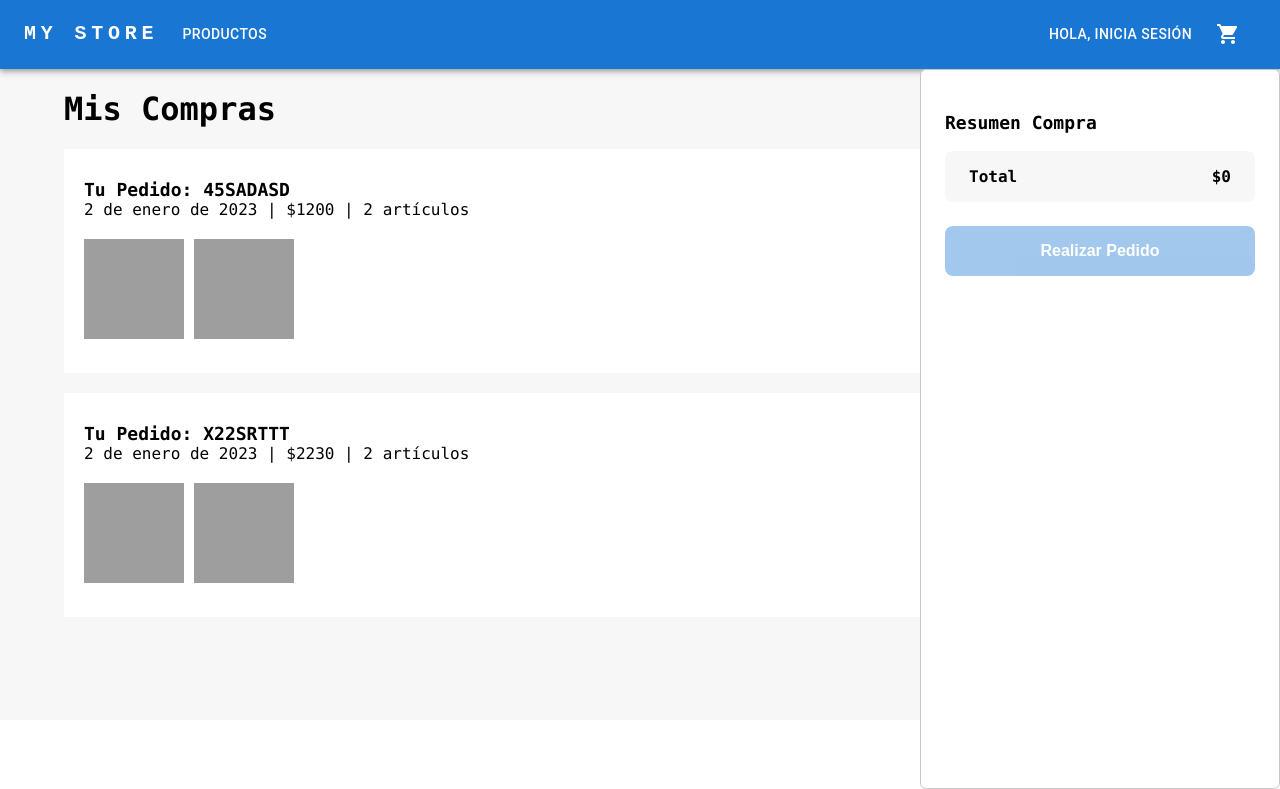
Repository: DanielBorussia/front-my-store
Page: /orderList, after clicking the first element matching `button.MuiIconButton-root`
The author's editor kept a copy of each file at every save. The page is drawn from the files as they stood at one save, then again after the next save.
The browser window is 1280 px wide. The pictures show the whole page.
Pictures or frames that could not be fetched are drawn as grey boxes. The project was rebuilt for these pictures with package versions that can differ from the ones it lists, and the page was loaded fresh each time. Also part of the build but not shown: src/components/OrderItem.js, src/components/ProductItem.js, src/shared/Services/Products.js, src/hooks/useGetProducts.js, src/shared/Components/Loading.js, src/containers/ProductList.js, src/pages/Home.js, src/shared/Services/User.js and 2 more.

Above is the page before, as saved 2023-07-03 03:20:11.

### src/index.js
import React from 'react';
import ReactDOM from 'react-dom/client';
import './index.css';
import App from './routes/App';
import reportWebVitals from './reportWebVitals';

const root = ReactDOM.createRoot(document.getElementById('root'));
root.render(
  <React.StrictMode>
    <App />
  </React.StrictMode>
);

// If you want to start measuring performance in your app, pass a function
// to log results (for example: reportWebVitals(console.log))
// or send to an analytics endpoint. Learn more: https://bit.ly/CRA-vitals
reportWebVitals();

### src/index.css
body {
  margin: 0;
  -webkit-font-smoothing: antialiased;
  -moz-osx-font-smoothing: grayscale;
  font-family: source-code-pro, Menlo, Monaco, Consolas, "Courier New",
  monospace;
}

### src/routes/App.js
import React from 'react';
import { BrowserRouter, Routes, Route } from 'react-router-dom';
import useInitialState from '../hooks/useInitialState';
import AppContext from '../context/AppContext';
import Layout from '../containers/Layout';
import Home from '../pages/Home';
import ShoppingList from '../containers/ShoppingList';
import LoginPage from '../pages/LoginPage';
import '../styles/Global.scss';
import { Provider } from 'react-redux';
import store from '../redux/store';


const App = () => {
    const initialState = useInitialState();
    return (
        //encapsular la aplicacion para compartir la informacion
        <Provider store={store}>
        <AppContext.Provider value={initialState}>
        <BrowserRouter>
            <Layout>
            <Routes>
                <Route exact path="/" element={<Home/>} />
                <Route exact path="/products" element={<Home/>} />
                <Route exact path="/orderList" element={<ShoppingList/>} />
                <Route exact path="/login" element={<LoginPage/>} />
            </Routes>
            </Layout>
        </BrowserRouter>
        </AppContext.Provider>
        </Provider>
    );
}

export default App;

### src/hooks/useInitialState.js
import { useState } from 'react';

const initialState = {
    cart: [],
}

const useInitialState = () => {
    const [state, setState] = useState(initialState);

    const addToCart = (payload) => {
        setState({
            ...state,
            cart: [...state.cart, payload]
        });
    };

    const removeFromCart = (payload) => {
        setState({
            ...state,
            cart: state.cart.filter(item => item.id != payload.id),
        })
    }

    return {
        state,
        addToCart,
        removeFromCart
    }
}

export default useInitialState;

### src/containers/Layout.js
import React from 'react';
import Header from '../components/Header';
import './../styles/Layout.scss';

const Layout = ({ children }) => {
	return (
		<div className="Layout">
			<Header />
			<div className='Content'>
				{children}
			</div>
		</div>
	);
}

export default Layout;

### src/containers/ShoppingList.js
import { useState } from "react";
// UI
import ShoppingItem from "../components/ShoppingItem";
import { Box, Container } from "@mui/material";

const ShoppingList = () => {
    const [orders, setOrders] = useState([
        {
            id: 1,
            total: 1200,
            code: '45SADASD',
            products:[
                {
                    id: 1,
                    title: 'product 1',
                    image: 'https://assets.adidas.com/images/w_280,h_280,f_auto,q_auto:sensitive/d1d0a4a589d44010bb8daacd00a85d46_9366/FM3897_250_FM3897_01_laydown.jpg.jpg'
                },
                {
                    id: 2,
                    title: 'product 2',
                    image: 'https://assets.adidas.com/images/w_280,h_280,f_auto,q_auto:sensitive/42c462d2f5d94d80930bae6701225f46_9366/HG7757_120_HG7757_03_standard.jpg.jpg'
                }
            ]
        },
        {
            id: 2,
            total: 2230,
            code: 'X22SRTTT',
            products:[
                {
                    id: 1,
                    title: 'product 1',
                    image: 'https://assets.adidas.com/images/w_280,h_280,f_auto,q_auto:sensitive/edfc06406f30408e842cae1c00a35c9c_9366/H57793_640_H57793_01_standard.jpg.jpg'
                },
                {
                    id: 2,
                    title: 'product 2',
                    image: 'https://assets.adidas.com/images/w_280,h_280,f_auto,q_auto:sensitive/42c462d2f5d94d80930bae6701225f46_9366/HG7757_120_HG7757_03_standard.jpg.jpg'
                }
            ]
        }
    ]);

    return (
        <Container>
            <h1>Mis Compras</h1>
            <Box className="soppingList">
                {orders.map(order => (
                    <ShoppingItem order={order} key={order.id} />
                ))}
            </Box>

        </Container>
    );
}

export default ShoppingList;

### src/styles/Global.scss
.button__primary {
	background-color: var(--primary);
	border-radius: 8px;
	border: none;
	color: var(--white);
	width: 100%;
	cursor: pointer;
	font-size: var(--md);
	font-weight: bold;
	height: 50px;
}
.button__secondary {
	background-color: var(--white);
	border-radius: 8px;
	border: 1px solid var(--primary);
	color: var(--primary);
	width: 100%;
	cursor: pointer;
	font-size: var(--md);
	font-weight: bold;
	height: 50px;
}

.button__disabled{
	cursor: not-allowed;
    opacity: 0.4;
}

### src/redux/store/index.js
import { configureStore } from '@reduxjs/toolkit'
import userReducer from "../modules/auth";

const store = configureStore({
  reducer :{
    user: userReducer
  },
});


export default store;

### src/components/Header.js
import React, { useContext, useState } from 'react';
// UI
import AppBar from '@mui/material/AppBar';
import Box from '@mui/material/Box';
import Toolbar from '@mui/material/Toolbar';
import IconButton from '@mui/material/IconButton';
import Typography from '@mui/material/Typography';
import Menu from '@mui/material/Menu';
import MenuIcon from '@mui/icons-material/Menu';
import Container from '@mui/material/Container';
import Avatar from '@mui/material/Avatar';
import Button from '@mui/material/Button';
import Tooltip from '@mui/material/Tooltip';
import MenuItem from '@mui/material/MenuItem';
import AdbIcon from '@mui/icons-material/Adb';
import ShoppingCartIcon from '@mui/icons-material/ShoppingCart';
import AppContext from '../context/AppContext';
import MyOrderPreview from '../containers/MyOrderPreview';
import { Link } from '@mui/material';

// Redux

import { removeUser } from '../redux/modules/auth';
import { useSelector } from 'react-redux';
import { logout } from '../shared/Services/Auth';
import { useDispatch } from 'react-redux';
import { useNavigate } from 'react-router-dom';

const Header = () => {
    const user = useSelector((state) => state.user);
    const { state } = useContext(AppContext);
    const dispatch = useDispatch();
    const history = useNavigate();
    const [anchorElNav, setAnchorElNav] = useState(null);
    const [anchorElUser, setAnchorElUser] = useState(null);
    const [toggleOrderPreview, setToggleOrderPreview] = useState(false);

    const handleOpenNavMenu = (event) => {
        setAnchorElNav(event.currentTarget);
    };

    const handleOpenUserMenu = (event) => {
        setAnchorElUser(event.currentTarget);
    };

    const handleCloseNavMenu = () => {
        setAnchorElNav(null);
    };

    const handleCloseUserMenu = () => {
        setAnchorElUser(null);
    };

    const handleCloseSession = () => {
      logout()
      .then((res) => {
        if(res && res.status === 200){
          dispatch(removeUser());
          history('/products');
        }
      })
    }


    return (
    <AppBar position="static">
      <Container maxWidth="xl">
        <Toolbar disableGutters>
            {/* Logo */}
            <Typography
              variant="h6"
              noWrap
              component="a"
              href="/"
              sx={{
                mr: 2,
                display: { xs: 'none', md: 'flex' },
                fontFamily: 'monospace',
                fontWeight: 700,
                letterSpacing: '.3rem',
                color: 'inherit',
                textDecoration: 'none',
              }}
            >
              MY STORE
            </Typography>


          <Box sx={{ flexGrow: 1, display: { xs: 'flex', md: 'none' } }}>
            <IconButton
              size="large"
              aria-label="account of current user"
              aria-controls="menu-appbar"
              aria-haspopup="true"
              onClick={handleOpenNavMenu}
              color="inherit"
            >
              <MenuIcon />
            </IconButton>
            <Menu
              id="menu-appbar"
              anchorEl={anchorElNav}
              anchorOrigin={{
                vertical: 'bottom',
                horizontal: 'left',
              }}
              keepMounted
              transformOrigin={{
                vertical: 'top',
                horizontal: 'left',
              }}
              open={Boolean(anchorElNav)}
              onClose={handleCloseNavMenu}
              sx={{
                display: { xs: 'block', md: 'none' },
              }}
            >

              <MenuItem>
                <Link href={`/`}>
                  <Typography textAlign="center">Productos</Typography>
                </Link>
              </MenuItem>

            </Menu>
          </Box>
          <AdbIcon sx={{ display: { xs: 'flex', md: 'none' }, mr: 1 }} />

          {/* Logo Mobile */}
          <Typography
            variant="h5"
            noWrap
            component="a"
            href=""
            sx={{
              mr: 2,
              display: { xs: 'flex', md: 'none' },
              flexGrow: 1,
              fontFamily: 'monospace',
              fontWeight: 700,
              letterSpacing: '.3rem',
              color: 'inherit',
              textDecoration: 'none',
            }}
          >
            MY STORE
          </Typography>

          {/* Links */}
          <Box sx={{ flexGrow: 1, display: { xs: 'none', md: 'flex' } }}>
            <Link href='/products'>
              <Button
                sx={{ my: 2, color: 'white', display: 'block' }}
              >
                Productos
              </Button>
            </Link>
            {user?.name && (
              <Link href='/orderList'>
                <Button
                  sx={{ my: 2, color: 'white', display: 'block' }}
                >
                  Pedidos
                </Button>
              </Link>
            )}
          </Box>
          {user?.name ? (
            <Box sx={{ flexGrow: 0 }}>
              <span style={{ marginRight: "20px"}}>{user.email}</span>
              <Tooltip title="Opciones">
                <IconButton onClick={handleOpenUserMenu} sx={{ p: 0 }}>
                  <Avatar alt={user.name} src="/static/images/avatar/2.jpg" />
                </IconButton>

              </Tooltip>

              <Menu
                sx={{ mt: '45px' }}
                id="menu-appbar"
                anchorEl={anchorElUser}
                anchorOrigin={{
                  vertical: 'top',
                  horizontal: 'right',
                }}
                keepMounted
                transformOrigin={{
                  vertical: 'top',
                  horizontal: 'right',
                }}
                open={Boolean(anchorElUser)}
                onClose={handleCloseUserMenu}
              >

                <MenuItem  onClick={handleCloseUserMenu}>
                  <Typography textAlign="center">Mis Pedidos</Typography>
                </MenuItem>

                <MenuItem onClick={handleCloseSession}>
                  <Typography textAlign="center">Cerrar Sesión</Typography>
                </MenuItem>

              </Menu>
            </Box>
          ):(
            <Link href='/login'>
            <Button
              sx={{ my: 2, color: 'white', display: 'block' }}
            >
              Hola, Inicia Sesión
            </Button>
          </Link>
          )}
          <Box sx={{ margin: 2 }}>
            <Tooltip title="Car">
              <IconButton  onClick={() => setToggleOrderPreview(!toggleOrderPreview)} color="inherit" sx={{ p: 0 }}>
               <ShoppingCartIcon />
              {state.cart.length > 0 ? <div>{state.cart.length}</div>  : null}
              </IconButton>
            </Tooltip>
          </Box>
        </Toolbar>
      </Container>
      {toggleOrderPreview && <MyOrderPreview />}
    </AppBar>
  );
}



  export default Header;

### src/styles/Layout.scss
.Layout{
    background-color: #f7f7f7;
    height: 100vh;
}

### src/components/ShoppingItem.js
import React from 'react';
// UI
import { Box } from '@mui/material';
// Styles Component
import './../styles/ShoppingItem.scss';

const ShoppingItem = ({ order }) => {
    return (
        <section className='shoppingItem'>
            <Box className="shoppingItem__info">
                <span>Tu Pedido: {order.code}</span>
                <Box className="shoppingItem__info--details">
                    2 de enero de 2023 | ${order.total} | {order.products.length } artículos
                </Box>
            </Box>
            <Box className="shoppingItem__content">
                <Box className="shoppingItem__products">
                    {order.products.map(product => (
                        <Box className="shoppingProductItem">
                            <img src={product.image} />
                        </Box>
                    ))}
                </Box>
            </Box>
        </section>
    );
}

export default ShoppingItem;

### src/redux/modules/auth.js
import { Cookies } from "react-cookie";
import { login } from "../../shared/Services/Auth";
import { createSlice } from "@reduxjs/toolkit";

const cookies = new Cookies();
const currentUser = cookies.get("user") || {};


const initialState = {
    name :currentUser.name,
    email: currentUser.email,
    id: currentUser.id,
}

export const userSlice = createSlice({
    name : 'user',
    initialState,
    reducers: {
        addUserLogin: (state, action) => {
            const { name, email, id } = action.payload;
            state.name = name;
            state.email = email;
            state.id = id;
        },
        removeUser: (state, action) => {
            cookies.remove("user", { path: "/" });
            localStorage.clear();
            state.name = null;
            state.email = null;
            state.id = null;
        }
    }
})



/**
 * Calls the loginService and executes the given callback
 * @param {string} email user email
 * @param {string} password user password
 * @param {function} onLogin callback to run after login success
 * @param {function} onError callback to run after login error
 */
export const logIn = (email, password, onLogin, onError) => {
    login({ email, password })
    .then(( res ) => {
        console.log(res);
        cookies.set("user", res.user, { path: "/" });
        onLogin(res.user);
    })
    .catch((err) => {
        onError(err);
    });
};


export const { addUserLogin, removeUser } = userSlice.actions;
export default userSlice.reducer;

### src/containers/MyOrderPreview.js
import React, { useContext } from 'react';
// Styles Component
import './../styles/MyOrderPreview.scss';
import AppContext from '../context/AppContext';
import OrderItem from '../components/OrderItem';
import { formatCurrency } from '../shared/Utils';
import { useNavigate } from 'react-router-dom';

// Redux
import { useSelector } from 'react-redux';
import { addOrder } from '../shared/Services/Orders';
import { Alert } from '@mui/material';

const MyOrderPreview = () => {
	const { state } = useContext(AppContext);
	const navigate = useNavigate();
	const user = useSelector((state)=>state.user);
    const sumTotal = () => {
        const reducer = (acumulator, currentValue) => acumulator + currentValue.price;
        const sum = state.cart.reduce(reducer, 0);
        return sum;
    }

	const handleCreateOrder = () => {
		const data = {
			"idUser" : user.id,
			"total" : sumTotal(),
			"products" : state.cart
		};

		console.log(data);
		addOrder(data)
		.then((res) => {
			if(res && res.status === 200){
				navigate('/orderList');
			}
		})
	}

	return (
		<aside className="myOrderPreview">
			<div className="myOrderPreview__title">
				<p>Resumen Compra</p>
			</div>
			<div className="myOrderPreview__body">
				{state.cart.map(product => (
					<OrderItem product={product} key={`orderItem-${product.id}`} />
				))}
			</div>
            <div className="myOrderPreview__resume">
					<p className='myOrderPreview__resume--label'>Total</p>
					<p className='myOrderPreview__resume--value'>
					{`$${formatCurrency(sumTotal())}`}</p>
				</div>
            <button className={`button__primary ${!user?.name && 'button__disabled'  }`} disabled={user?.name ? false : true} onClick={handleCreateOrder}>
				Realizar Pedido
			</button>
			{user?.name && <Alert style={{ marginTop: "20px"}} severity="warning">Para continuar con la compra debes iniciar Sesión.</Alert>}
		</aside>
	);
}

export default MyOrderPreview;

### src/shared/Services/Auth.js
import { axiosInstanceMyStore } from "./Instance";

/**
 *
 * @param {*} data
 * @returns user logged in
 */
export const login = (data) => {
    return new Promise((resolve, reject) => {
        axiosInstanceMyStore.post(`/auth`, data)
        .then(( res ) => {
            console.log(res);
            if (!res || !res.data) {
                reject("Usuario o contraseña inválida");
            }
            localStorage.setItem("access_token", res.data.token);
            resolve(res.data);
        })
        .catch((error) => {
            reject("Usuario o contraseña inválidas");
        });
    });

};

/**
 *
 * @param
 * @returns user loggout
 */
export const logout = () => {
    return axiosInstanceMyStore.get(`/auth/logout`, );
};

### src/styles/ProductList.scss
@import 'vars';

.productList {
	display: grid;
	grid-template-columns: repeat(auto-fill, 240px);
	gap: 26px;
	place-content: center;
	margin: 3em 0 0 0;
}

@media (max-width: 640px) {
	.productList {
		grid-template-columns: repeat(auto-fill, 140px);
	}
}

### src/styles/ShoppingItem.scss
.shoppingItem{
    background-color: white;
    padding: 30px 20px;
    margin-bottom: 20px;
    .shoppingItem__info{
        span{
            font-weight: 700;
            font-size: 18px;
        }
    }

    .shoppingItem__info--details{
        margin-bottom: 20px;
    }

    .shoppingItem__products{
        display: flex;
        flex-wrap: wrap;
        .shoppingProductItem{
            margin-right: 10px;
            img{
                width: 100px;
                height: 100px;
                object-fit: cover;
                cursor: pointer;
            }
        }
    }
}

### src/styles/Login.scss
@import 'vars';

.login {
	display: flex;
  	justify-content: center;
	margin: 150px auto;
	.login__container {
		background-color: white;
		padding: 20px 30px;
		width: 450px;
		.form {
			display: flex;
			flex-direction: column;
		}
	}
}


.button__login {
	margin-top: 30px;
	margin-bottom: 20px;
}

@media (max-width: 640px) {
	.login{
		margin: 0px auto;
		.login__container{
			background-color: transparent;
		}
	}
}

### src/styles/MyOrderPreview.scss
@import 'vars';

.myOrderPreview {
	transition: all 0.25s;
    -webkit-transition: all 0.25s;
	overflow:hidden;
    background: #fff;
	width: 360px;
	height: 100%;
	padding: 24px;
	box-sizing: border-box;
	position: absolute;
	right: 0;
	top: 69px;
	border-radius: 6px;
	bottom: 0;
	z-index: 1;
	border: 1px solid var(--very-light-pink);
    .myOrderPreview__title {
        display: flex;
        font-size: var(--lg);
	    font-weight: bold;
		color: var(--black);
        img {
            margin-right: 14px;
         }
    }
}



.myOrderPreview__resume {
	display: grid;
	grid-template-columns: auto 1fr;
	gap: 16px;
	align-items: center;
	background-color: var(--text-input-field);
	margin-bottom: 24px;
	border-radius: 8px;
	padding: 0 24px;
	color: var(--black);

	.myOrderPreview__resume--label {
		font-size: var(--md);
		font-weight: bold;
	}
	.myOrderPreview__resume--value {
		text-align: end;
		font-weight: bold;
	}
}

.primary-button {
	background-color: var(--hospital-green);
	border-radius: 8px;
	border: none;
	color: var(--white);
	width: 100%;
	cursor: pointer;
	font-size: var(--md);
	font-weight: bold;
	height: 50px;
}
@media (max-width: 640px) {
	.myOrderPreview {
		width: 100%;
	}
}

### src/shared/Utils.js
export const formatCurrency = (currency) => {
    return new Intl.NumberFormat().format(currency);
};

### src/shared/Services/Orders.js
import { axiosInstanceMyStore } from "./Instance";

/**
 *
 * @param {*} idUser
 * @returns orders by user
 */
export const getAllOrdersByUser = (idUser) => {
    return axiosInstanceMyStore.get(`/orders/${idUser}`);
};


/**
 *
 * @param {*} data
 * @returns created order
 */
export const addOrder = (data) => {
    return axiosInstanceMyStore.post(`/orders`, data);
};

### src/shared/Services/Instance.js
import axios from "axios";

export const axiosInstanceMyStore = axios.create({
    baseURL: process.env.REACT_APP_API_MYSTORE_URL,
});

axiosInstanceMyStore.interceptors.response.use(
    (res) => res.data,
    (err) => {
      return new Promise((resolve, reject) => {
        reject(err.response.data);
      });
    }
);

axiosInstanceMyStore.interceptors.request.use(
  (config) => {
    const currentUser = localStorage.getItem("access_token") || "";
    if (currentUser) {
      config.headers["Authorization"] = `Bearer ${currentUser}`;
    }
    return config;
  },
  (error) => Promise.reject(error)
);

### src/styles/ProductItem.scss
@import 'vars';

.productItem {
	width: 240px;
	background-color: white;
	border-radius: 20px 20px 0px 0px;
	img {
		width: 240px;
		height: 240px;
		border-radius: 20px 20px 0px 0px;
		object-fit: cover;
		cursor: pointer;
	}
	.productItem__info {
		cursor: pointer;
		display: flex;
		justify-content: space-between;
		align-items: center;
		margin-top: 12px;
		padding: 3px 10px;
		div p:nth-child(1) {
			font-weight: bold;
			font-size: var(--md);
			margin-top: 0;
			margin-bottom: 4px;
		}
		div p:nth-child(2) {
			font-size: var(--sm);
			margin-top: 0;
			margin-bottom: 0;
			color: var(--very-light-pink);
		}
	}
}

@media (max-width: 640px) {

	.productItem {
		width: 150px;
		img {
			width: 150px;
			height: 150px;
		}
		.productItem__info{
			flex-direction: column;
		}
	}
}

### src/styles/_vars.scss
:root {
	--white: #FFFFFF;
	--black: #000000;
	--very-light-pink: #C7C7C7;
	--text-input-field: #F7F7F7;
	--primary: #1976d2;
	--sm: 14px;
	--md: 16px;
	--lg: 18px;
}

### src/styles/OrderItem.scss
@import 'vars';

.orderItem {
	display: grid;
	grid-template-columns: auto 1fr auto auto;
	gap: 16px;
	margin-bottom: 24px;
	align-items: center;
    .orderItem__image img{
        width: 70px;
        height: 70px;
        border-radius: 20px;
        object-fit: cover;
    }
    .orderItem__information--title{
        color: var(--very-light-pink);
    }
    .orderItem__information--price{
        font-size: var(--md);
        font-weight: bold;
        color: var(--black);
    }
}

Loaded but not shown: public/index.html (common file); src/reportWebVitals.js (common file); src/context/AppContext.js (common file)

After the next save:
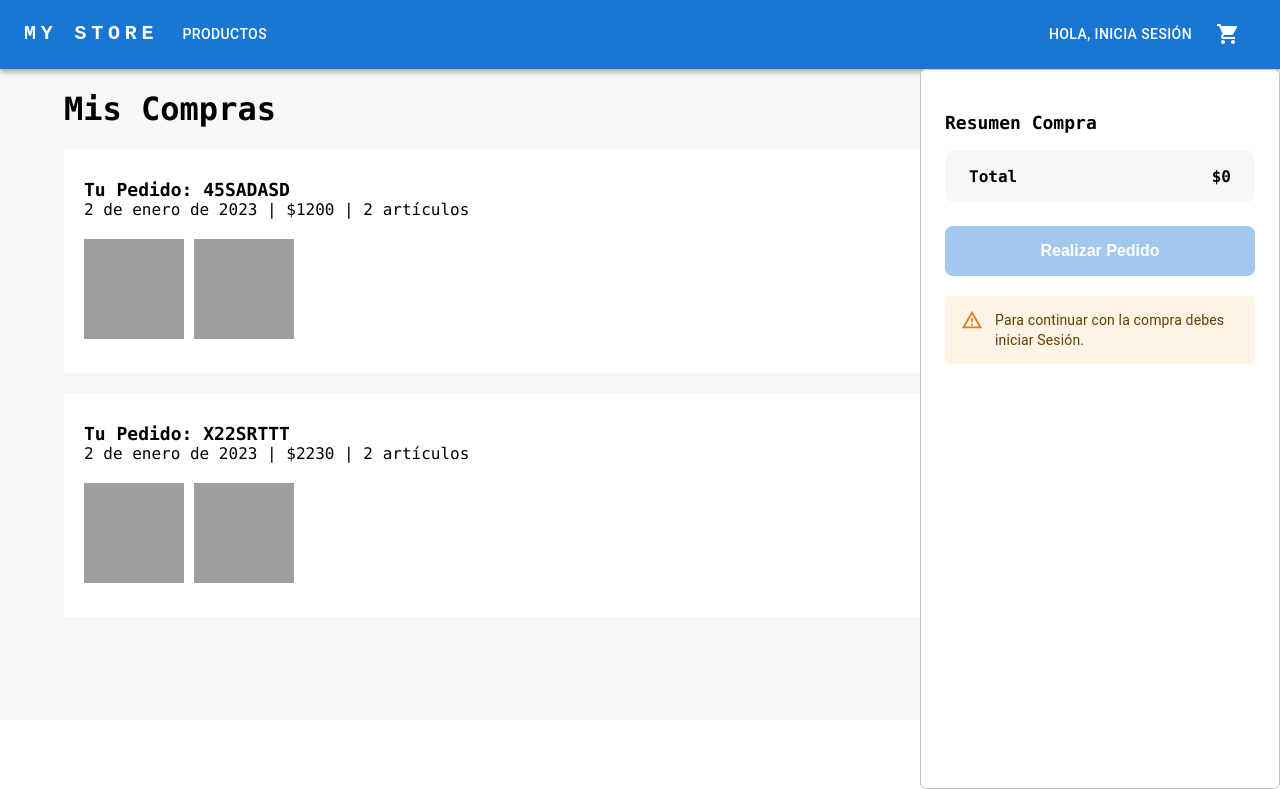
Saved 14 s later.
--- a/src/containers/MyOrderPreview.js
+++ b/src/containers/MyOrderPreview.js
@@ -55,7 +55,7 @@ const MyOrderPreview = () => {
             <button className={`button__primary ${!user?.name && 'button__disabled'  }`} disabled={user?.name ? false : true} onClick={handleCreateOrder}>
 				Realizar Pedido
 			</button>
-			{user?.name && <Alert style={{ marginTop: "20px"}} severity="warning">Para continuar con la compra debes iniciar Sesión.</Alert>}
+			{!user?.name && <Alert style={{ marginTop: "20px"}} severity="warning">Para continuar con la compra debes iniciar Sesión.</Alert>}
 		</aside>
 	);
 }
